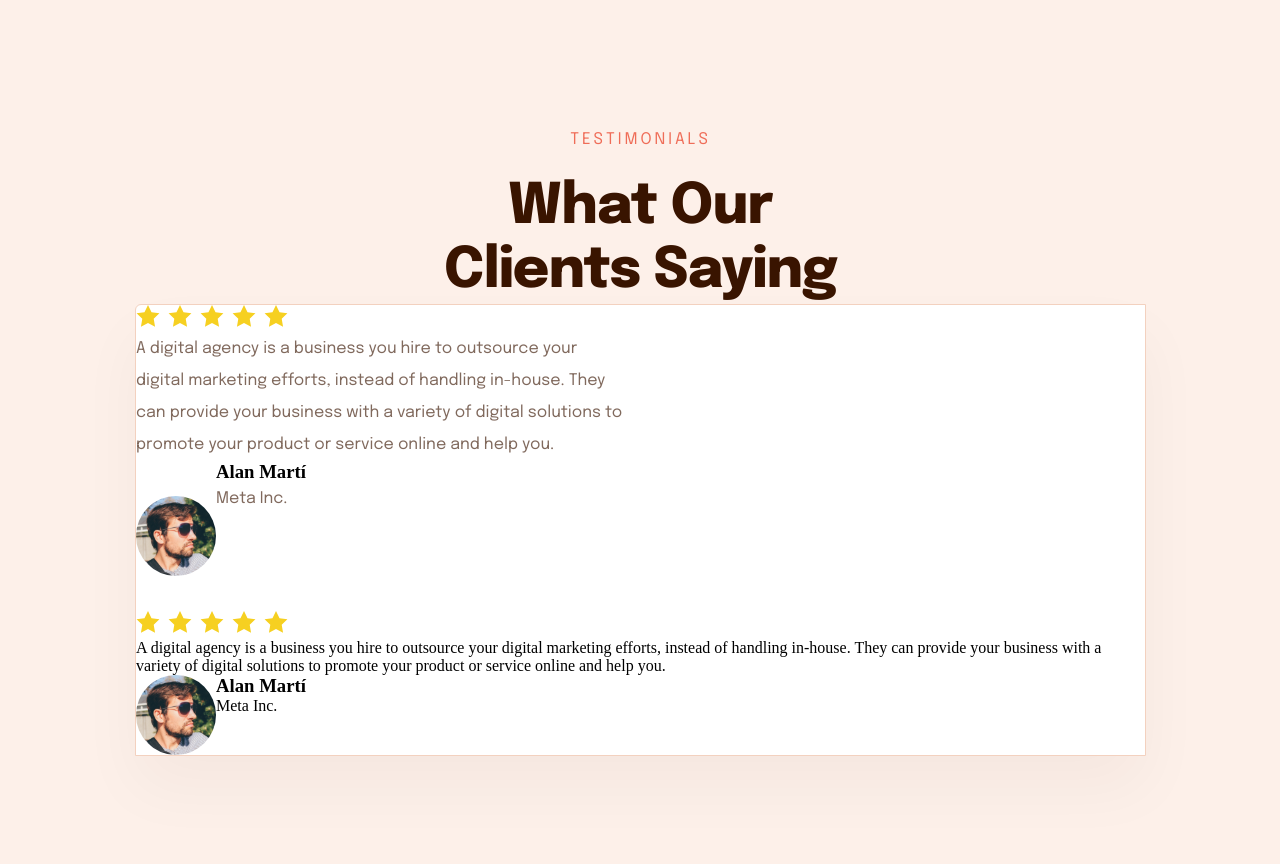
Repository: simralgasimov/task
Page: index.html
An editor plug-in stored every save of this project. The page is shown before and after the next save, followed by the edit.
The browser window is 1280 px wide. The pictures show the whole page.

Above is the page before, as saved 2023-09-06 13:32:52.

### index.html
<!DOCTYPE html>
<html lang="en">
  <head>
    <meta charset="UTF-8" />
    <meta name="viewport" content="width=device-width, initial-scale=1.0" />
    <title>Document</title>
    <link rel="stylesheet" href="index.css" />
  </head>
  <body>
    <div class="container">
      <h1>Testimonials</h1>
      <h2>
        What Our <br />
        Clients Saying
      </h2>
      <div class="comment">
        <div class="left-box"></div>
        <div class="right-box"></div>
        <div class="first-box">
          <div class="box-1">
            <img src="./img/star.svg" alt="" />
            <p>
              A digital agency is a business you hire to outsource your digital
              marketing efforts, instead of handling in-house. They can provide
              your business with a variety of digital solutions to promote your
              product or service online and help you.
            </p>
           <div class="user">
            <img src="./img/Oval.svg" alt="">
            <div class="user-info">
                <h3>Alan Martí</h3>
            <p>Meta Inc.</p>
            </div>




           </div>
            </div>
<div class="nth2-box">
    <div class="box-2">
        <img src="./img/star.svg" alt="" />
        <p>
          A digital agency is a business you hire to outsource your digital
          marketing efforts, instead of handling in-house. They can provide
          your business with a variety of digital solutions to promote your
          product or service online and help you.
        </p>
       <div class="user">
        <img src="./img/Oval.svg" alt="">
        <div class="user-info">
            <h3>Alan Martí</h3>
        <p>Meta Inc.</p>
        </div>
  </div>
</div>
</div>

      </div>
    </div>
  </body>
</html>

### index.css
@import url("https://fonts.googleapis.com/css2?family=Epilogue:wght@400;700;800;900&display=swap");

* {
  margin: 0;
  padding: 0;
  box-sizing: border-box;
}

.container {
  background: #fdf0e9;
  padding: 124px 134px 108px 135px;
}

.container h1 {
  color: var(--Text_Dark_Accent, #ef6d58);
  text-align: center;
  font-feature-settings: "clig" off, "liga" off;
  font-family: Epilogue;
  font-size: 16px;
  font-style: normal;
  font-weight: 400;
  line-height: 32px;
  letter-spacing: 3px;
  text-transform: uppercase;
}

.container h2 {
  margin-top: 20px;
  color: var(--Text_Dark, #391400);
  text-align: center;
  font-feature-settings: "clig" off, "liga" off;
  font-family: Epilogue;
  font-size: 56px;
  font-style: normal;
  font-weight: 800;
  line-height: 64px;
  letter-spacing: -1px;
}

.container .comment {
background-color: red;

  border-radius: 6px 0px 0px 0px;
  border: 1px solid #f3d1bf;
  background: #fff;
  box-shadow: 0px 32px 64px 0px rgba(57, 20, 0, 0.04);
}
.container .comment .left-box{
    width: 50%;
}
.container .comment .box-1 p {
  width: 490px;
  height: 128px;
}
.user {
  display: flex;
}

.container .comment .first-box .box-1 p {
  color: var(--Text_Dark_Gray, rgba(57, 20, 0, 0.64));
  font-feature-settings: "clig" off, "liga" off;

  /* Text */
  font-family: Epilogue;
  font-size: 16px;
  font-style: normal;
  font-weight: 400;
  line-height: 32px; /* 200% */
}

.nt2-box {
  border-radius: 0px 0px 6px 6px;
  border: 1px solid #f3d1bf;
}

After the next save:
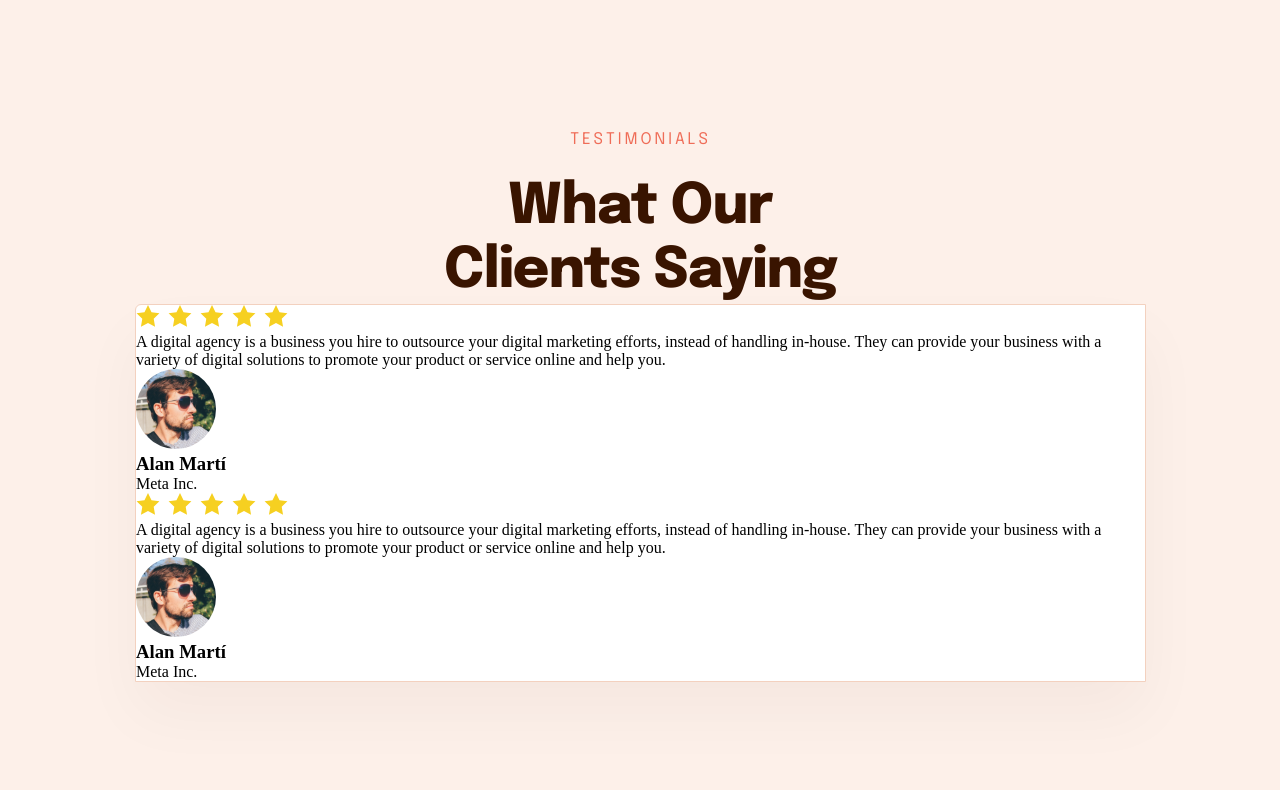
Saved 8 s later.
--- a/index.css
+++ b/index.css
@@ -45,7 +45,8 @@
   background: #fff;
   box-shadow: 0px 32px 64px 0px rgba(57, 20, 0, 0.04);
 }
-.container .comment .left-box{
+.container .comment .left-box,
+.container .comment .left-box{{
     width: 50%;
 }
 .container .comment .box-1 p {

After the save that followed:
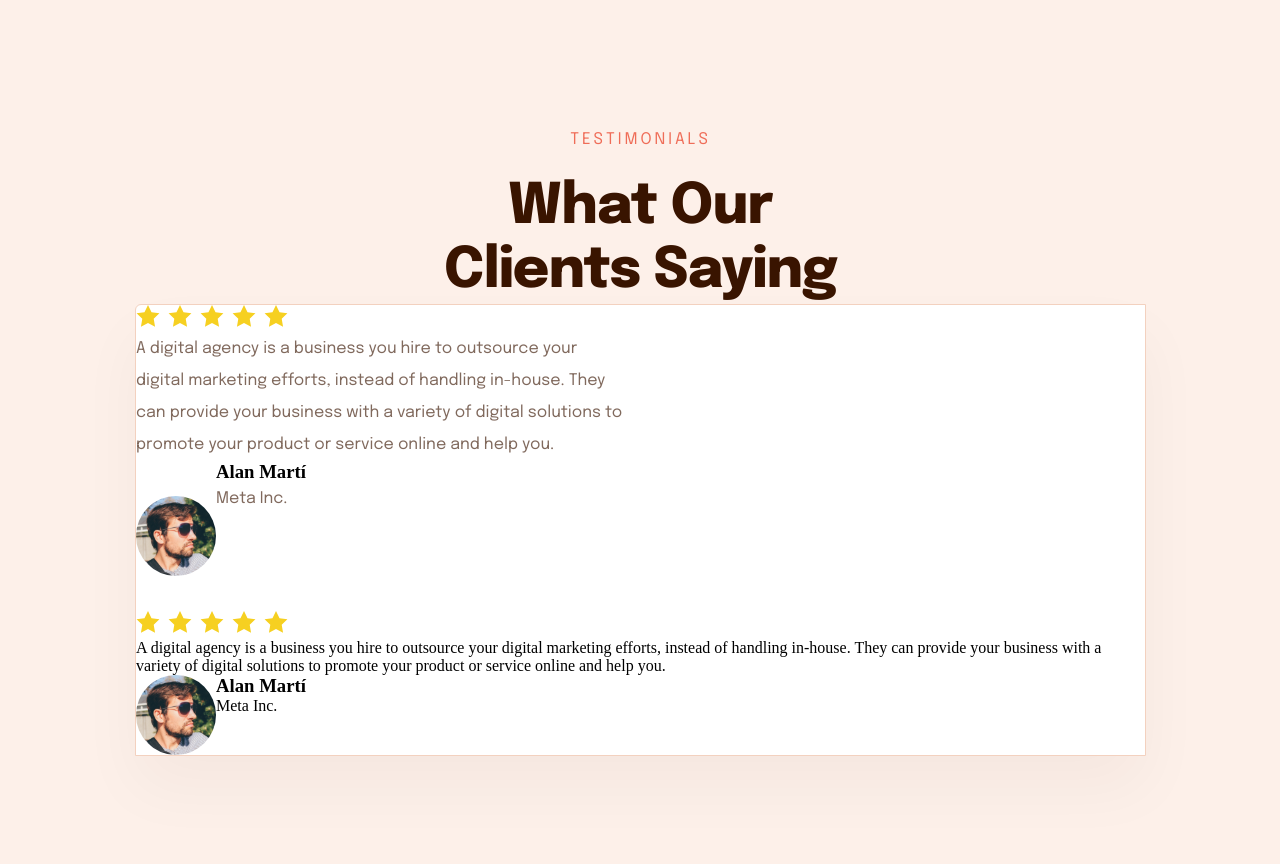
Saved 9 s later.
--- a/index.css
+++ b/index.css
@@ -46,7 +46,7 @@
   box-shadow: 0px 32px 64px 0px rgba(57, 20, 0, 0.04);
 }
 .container .comment .left-box,
-.container .comment .left-box{{
+.container .comment .left-box{
     width: 50%;
 }
 .container .comment .box-1 p {
